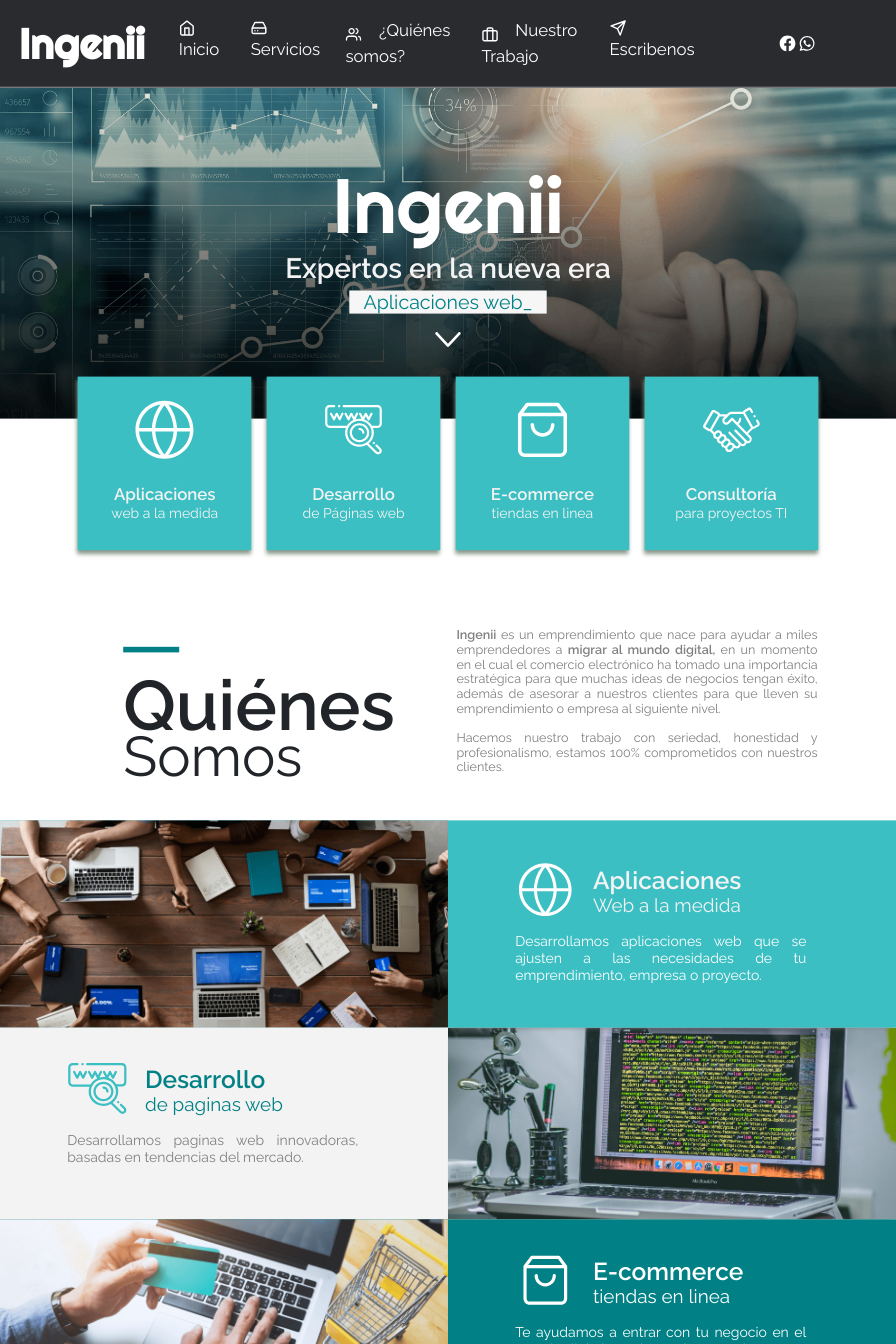
Repository: mariomr87/testwebpage
Page: index.html
These files come from the project's save history. The page is drawn as it stood at one moment and after the next save; the edit follows.
The browser window is 1280 px wide. The pictures show the part of the page from y = 0 to 1920 px (the page is 3575 px tall), at 70% of full size.
Some web libraries are served in a nearby version.

Above is the page before, as saved 2021-10-10 08:59:02.

After the next save:
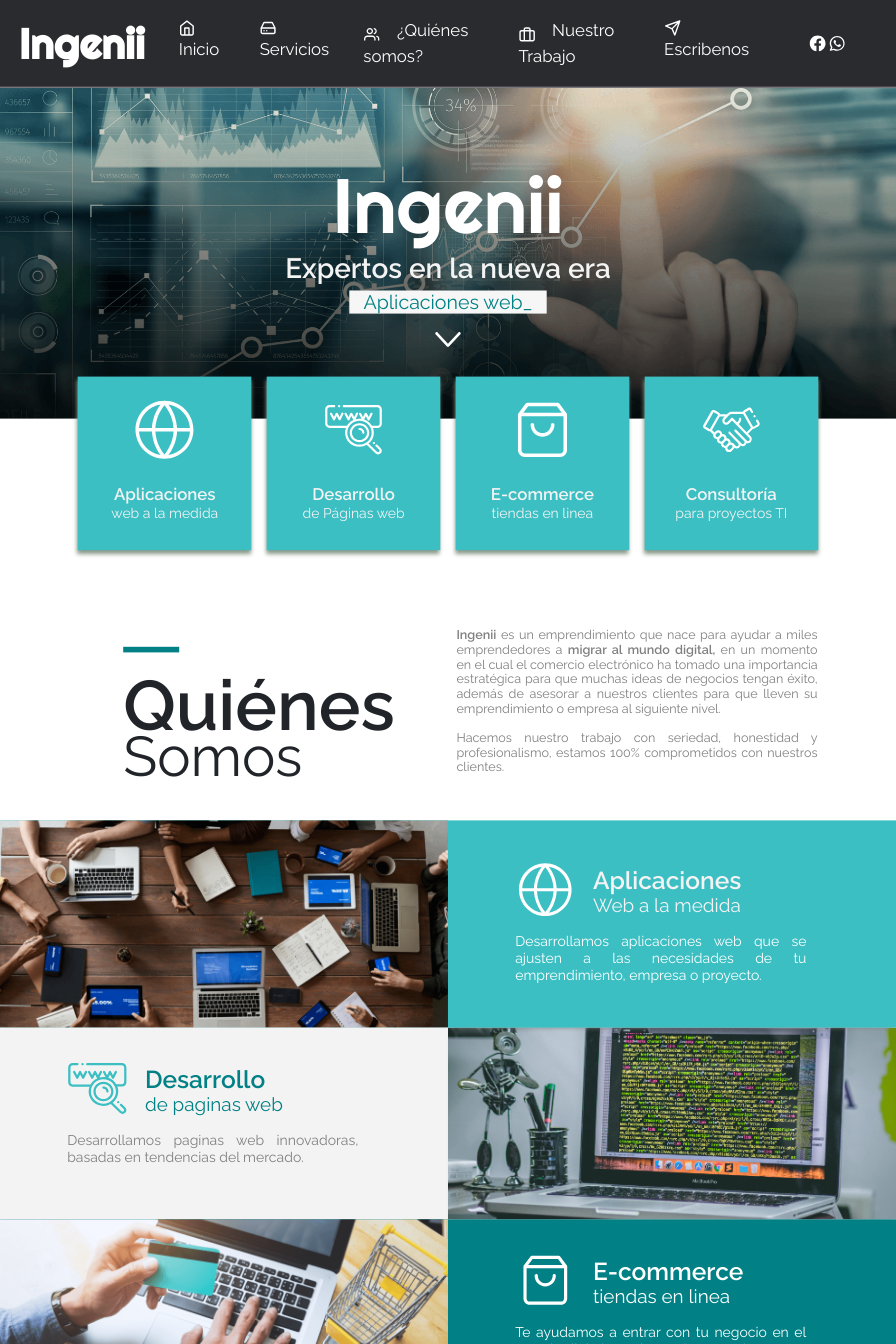
Saved 43 s later.
--- a/index.html
+++ b/index.html
@@ -33,7 +33,7 @@
 				<span class="navbar-toggler-icon "></span>
 			  </button>
 			  <div class="collapse navbar-collapse " id="navbarSupportedContent">
-				<ul class="navbar-nav col-md-9">
+				<ul class="navbar-nav col-md-10">
 				  <li class="nav-item">
 					<a class="nav-link" aria-current="page" href="#">
 						<span class="separar"><img src="./imagenes/menu/Icon-inicio.svg" class="d-inline-block align-text-top menuing-redes-logos"></span>
